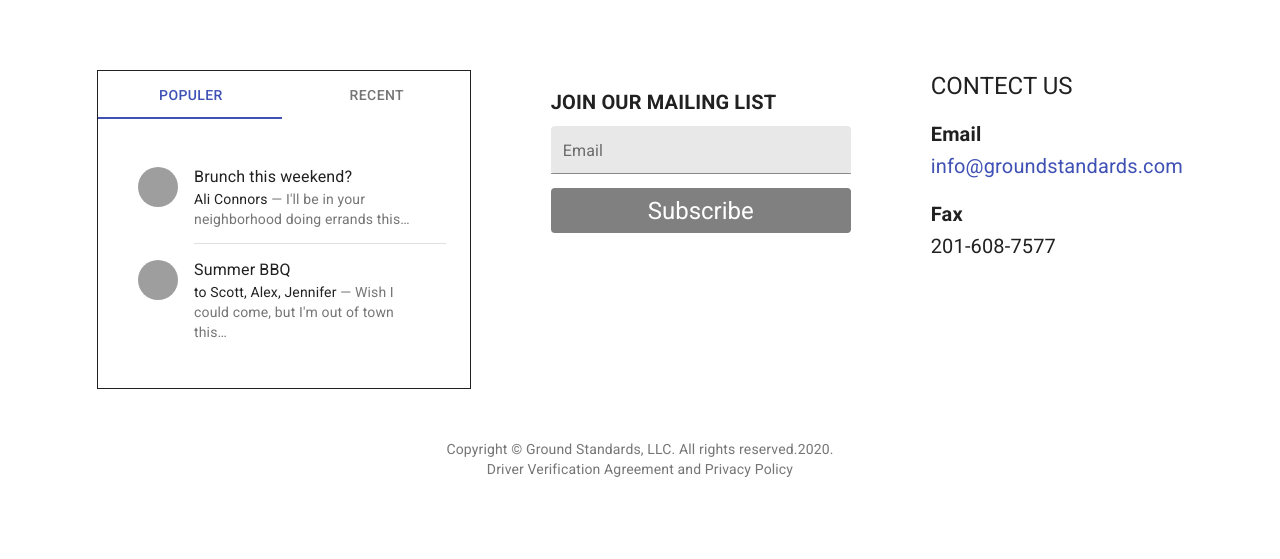
Repository: vinuvish/groundstandards_react
Page: /contact
The author's editor kept a copy of each file at every save. The page is drawn from the files as they stood at one save, then again after the next save.
The browser window is 1280 px wide. The pictures show the part of the page from y = 300 to 859 px (the page is 859 px tall before and 791 px after).
Pictures or frames that could not be fetched are drawn as grey boxes. The page's requests for data from a server got no answer. The project was rebuilt for these pictures with package versions that can differ from the ones it lists, and the page was loaded fresh each time. No one was signed in, and anything a server would have sent is missing. Also part of the build but not shown: src/pages/app/NotFoundPage.tsx, src/pages/app/SignUpPage.tsx, src/pages/app/AboutPage.tsx, src/pages/app/OurSolutionPage.tsx, src/pages/app/OurPartnerPage.tsx, src/pages/app/ResourcePage.tsx, src/pages/app/PressPage.tsx, src/pages/app/BlockPage.tsx and 4 more. Imported but missing from the stored project, and not drawn on this page: src/assets/video/video-2.mp4.

Above is the page before, as saved 2020-12-01 21:12:57.

### public/index.html
<!DOCTYPE html>
<html lang="en">
  <head>
    <meta charset="utf-8" />
    <link rel="icon" href="%PUBLIC_URL%/favicon.png" />
    <meta name="viewport" content="width=device-width, initial-scale=1" />
    <meta name="theme-color" content="#000000" />
    <meta name="description" content="Web site created using create-react-app" />
    <link rel="apple-touch-icon" href="%PUBLIC_URL%/logo192.png" />
    <link rel="stylesheet" href="https://fonts.googleapis.com/css?family=Roboto:300,400,500,700&display=swap" />
    <link rel="stylesheet" href="https://fonts.googleapis.com/icon?family=Material+Icons" />
    <!--
      manifest.json provides metadata used when your web app is installed on a
      user's mobile device or desktop. See https://developers.google.com/web/fundamentals/web-app-manifest/
    -->
    <link rel="manifest" href="%PUBLIC_URL%/manifest.json" />
    <!--
      Notice the use of %PUBLIC_URL% in the tags above.
      It will be replaced with the URL of the `public` folder during the build.
      Only files inside the `public` folder can be referenced from the HTML.

      Unlike "/favicon.ico" or "favicon.ico", "%PUBLIC_URL%/favicon.ico" will
      work correctly both with client-side routing and a non-root public URL.
      Learn how to configure a non-root public URL by running `npm run build`.
    -->
    <title>Ground Standard</title>
  </head>
  <body>
    <noscript>You need to enable JavaScript to run this app.</noscript>
    <div id="root"></div>
    <!--
      This HTML file is a template.
      If you open it directly in the browser, you will see an empty page.

      You can add webfonts, meta tags, or analytics to this file.
      The build step will place the bundled scripts into the <body> tag.

      To begin the development, run `npm start` or `yarn start`.
      To create a production bundle, use `npm run build` or `yarn build`.
    -->
  </body>
</html>

### src/App.tsx
import { CssBaseline, MuiThemeProvider, StylesProvider } from '@material-ui/core';
import { SnackbarProvider } from 'notistack';
import React from 'react';
import { theme } from './app_utils/MuiTheme';
import AppRouterRoutes from './AppRoutes';
import { useAppStore } from './models_stores/appStore';

function App() {
  const streamAuthUser = useAppStore((state) => state.streamAuthUser);
  const streamProducts = useAppStore((state) => state.streamDocuments);
  const streamCategories = useAppStore((state) => state.streamNotifications);
  const streamUsers = useAppStore((state) => state.streamUsers);

  React.useEffect(() => {
    streamAuthUser();
    streamCategories();
    streamUsers();
    streamProducts();
  }, []); // eslint-disable-line

  return (
    <SnackbarProvider maxSnack={3} anchorOrigin={{ vertical: 'bottom', horizontal: 'right' }}>
      <MuiThemeProvider theme={theme}>
        <CssBaseline />
        <StylesProvider injectFirst>
          <AppRouterRoutes></AppRouterRoutes>
        </StylesProvider>
      </MuiThemeProvider>
    </SnackbarProvider>
  );
}

export default App;

### src/app_utils/MuiTheme.tsx
import { createMuiTheme } from '@material-ui/core/styles';
import { BreakpointOverrides } from '@material-ui/core/styles/createBreakpoints';
import { Shadows } from '@material-ui/core/styles/shadows';

declare module '@material-ui/core/styles/createBreakpoints' {
  interface BreakpointOverrides {
    xs: true;
    sm: true;
    md: true;
    lg: true;
    xl: true;
    tablet: true;
    laptop: true;
    desktop: true;
  }
}

export const theme = createMuiTheme({
  breakpoints: {
    values: { xs: 0, sm: 600, md: 960, lg: 1280, xl: 1920, tablet: 400, laptop: 900, desktop: 1200 }
  },

  shadows: Array(25).fill('none') as Shadows,

  props: {
    MuiInput: { disableUnderline: true },
    MuiButton: { disableElevation: true },
    MuiButtonBase: { disableRipple: true },
    MuiPaper: { elevation: 0 },
    MuiCard: { elevation: 0 },
    MuiDivider: { color: 'white' },
    MuiOutlinedInput: {}
  },
  overrides: {
    MuiPaper: {
      root: {
        elevation: 0
      }
    },
    MuiCard: {
      root: {
        elevation: 0
      }
    },
    MuiButton: {
      root: {
        textTransform: 'capitalize'
      }
    }
  },
  palette: {
    background: {
      default: '#F2F5F7'
    }
  }
});

export const breakpoint = {
  xs: `(min-width: 0px)`,
  sm: `(min-width: 576px)`,
  md: `(min-width: 768px)`,
  lg: `(min-width: 992px)`,
  xl: `(min-width: 1200px)`
};

### src/AppRoutes.tsx
import { Container, createStyles, Grid, makeStyles, Theme } from '@material-ui/core';
import React from 'react';
import { Route, Router, Switch } from 'react-router-dom';
import ZAppBar from './components/ZAppBar';
import ZAppBarDrawer from './components/ZAppBarDrawer';
import NotFoundPage from './pages/app/NotFoundPage';
import SignUpPage from './pages/app/SignUpPage';
import history from './app_utils/History';
import AboutPage from './pages/app/AboutPage';
import OurSolutionPage from './pages/app/OurSolutionPage';
import OurPartnerPage from './pages/app/OurPartnerPage';
import ResourcePage from './pages/app/ResourcePage';
import PressPage from './pages/app/PressPage';
import BlockPage from './pages/app/BlockPage';
import ContactPage from './pages/app/ContactPage';
import AppHomePage from './pages/app/AppHomePage';
import ZFooter from './components/ZFooter';

const AppRouterRoutes = () => {
  const classes = useStyles();

  return (
    <Router history={history}>

      <ZAppBar />
      <Switch>{[AppRoutes]}</Switch>
      <ZFooter />
    </Router>


  );
};


const AppRoutes = [
  <Route exact path='/' component={AppHomePage} />,
  <Route exact path='/aboutUs' component={AboutPage} />,
  <Route exact path='/signUp' component={SignUpPage} />,
  <Route exact path='/ourSolution' component={OurSolutionPage} />,
  <Route exact path='/ourPartner' component={OurPartnerPage} />,
  <Route exact path='/resource' component={ResourcePage} />,
  <Route exact path='/press' component={PressPage} />,
  <Route exact path='/blog' component={BlockPage} />,
  <Route exact path='/contact' component={ContactPage} />,
  <Route component={NotFoundPage} />
];

const useStyles = makeStyles((theme: Theme) =>
  createStyles({
    grid: {
      display: 'flex'
    },
    containerAuthenticated: {
      margin: 'auto',
      marginTop: 68,
      padding: 20,
      width: `calc(100% - 240px)`,
      [theme.breakpoints.down('md')]: {
        width: '100%'
      }
    },
    containerUnauthenticated: {}
  })
);

export default AppRouterRoutes;

### src/models_stores/appStore.ts
import { mountStoreDevtool } from 'simple-zustand-devtools';
import create from 'zustand';
import { fireAuth, fireFirestore } from '../firebase/firebase';
import { AuthUser } from '../models/AuthUserModel';
import { DocumentModel } from '../models/DocumentModel';
import { NotificationModel } from '../models/NotificationModel';

type State = {
  documents: DocumentModel[];
  streamDocuments: () => void;

  notifications: NotificationModel[];
  streamNotifications: () => void;

  users: AuthUser[];
  streamUsers: () => void;

  isInitializing?: boolean;
  authUser: AuthUser | null;
  streamAuthUser: () => void;
};

export const useAppStore = create<State>((set, get) => ({
  /* ------------------------------ NOTE AUTHUSER ----------------------------- */
  isInitializing: true,
  authUser: null,

  streamAuthUser: () => {
    fireAuth.onAuthStateChanged(async (user) => {
      if (user) {
        const query = await fireFirestore.collection('users').doc(user.uid).get();

        const authUser = AuthUser.fromFirestore(query);

        set((state) => {
          return { ...state, authUser: authUser, isInitializing: false };
        });
      } else {
        set((state) => {
          return { ...state, authUser: null, isInitializing: false };
        });
      }
    });
  },

  /* ------------------------------ NOTE Users ----------------------------- */
  users: [],

  streamUsers: () => {
    if (get().users.length === 0)
      fireFirestore.collection('users').onSnapshot((querySnapshot: firebase.firestore.QuerySnapshot<firebase.firestore.DocumentData>) => {
        let users: AuthUser[] = [];
        querySnapshot.docs.forEach((docSnapshot) => {
          const res = AuthUser.fromFirestore(docSnapshot);
          if (res) users.push(res);
        });

        set((state) => {
          return { ...state, users: users };
        });
      });
  },
  /* ------------------------------ NOTE PRODUCTS ----------------------------- */
  documents: [],

  streamDocuments: () => {
    if (get().documents.length === 0)
      fireFirestore
        .collection('documents')
        .limit(200)
        .onSnapshot((querySnapshot: firebase.firestore.QuerySnapshot<firebase.firestore.DocumentData>) => {
          let documents: DocumentModel[] = [];

          querySnapshot.docs.forEach((docSnapshot) => {
            const res = DocumentModel.fromFirestore(docSnapshot);
            if (res) documents.push(res);
          });

          set((state) => {
            return { ...state, documents: documents };
          });
        });
  },

  notifications: [],
  streamNotifications: () => {
    if (get().notifications.length === 0)
      fireFirestore.collection('notifications').onSnapshot((querySnapshot: firebase.firestore.QuerySnapshot<firebase.firestore.DocumentData>) => {
        let notifications: NotificationModel[] = [];

        querySnapshot.docs.forEach((docSnapshot) => {
          const res = NotificationModel.fromFirestore(docSnapshot);
          if (res) notifications.push(res);
        });

        set((state) => {
          return { ...state, notifications: notifications };
        });
      });
  }
}));

if (process.env.NODE_ENV === 'development') {
  mountStoreDevtool('Store', useAppStore);
}

### src/app_utils/History.tsx
import { createBrowserHistory } from 'history';
export default createBrowserHistory({});

### src/pages/app/ContactPage.tsx
import * as React from 'react';
import { createStyles, makeStyles, Theme } from '@material-ui/core/styles';
import { Grid, Typography, Box } from '@material-ui/core';

interface Props { }

const ContactPage: React.FC<Props> = () => {
    const classes = useStyles();
    return (
        <>
            <div className={classes.cardContainer}>
                <Grid container direction='row'>
                    <Grid item xs={4}>
                        <Grid container justify="center" spacing={10}>
                            <Typography variant="h5"  >
                                <Box fontWeight={600} m={5} color='white'  >
                                    HAVE A QUESTION? </Box>
                            </Typography>
                            <Typography variant="h5"  >
                                <Box fontWeight={300} m={5} color='white' fontStyle="italic" >
                                    For more information about the ground transportation products and services we offer, complete the form on this page or send an email to  </Box>
                            </Typography>
                        </Grid>
                    </Grid>
                </Grid>
            </div>
        </>
    );
};
ContactPage.defaultProps = {};

export default ContactPage;

const useStyles = makeStyles((theme: Theme) =>
    createStyles({
        cardContainer: {
            flex: 1,
            justifyContent: 'center',
            alignItems: 'center',
            position: 'relative',
            width: '100vW',
            backgroundImage: `url(http://groundstandards.com/wp-content/uploads/2015/02/banner-home.jpg)`,

        },

    })
);

### src/firebase/firebase.tsx
import firebase from 'firebase/app';
import 'firebase/firestore';
import 'firebase/auth';
import 'firebase/storage';

const firebaseConfig = {
  apiKey: 'AIzaSyBWf1JYtcld5rEhou2YyANxAtl20AylP80',
  authDomain: 'groundstandards-8a1dd.firebaseapp.com',
  databaseURL: 'https://groundstandards-8a1dd.firebaseio.com',
  projectId: 'groundstandards-8a1dd',
  storageBucket: 'groundstandards-8a1dd.appspot.com',
  messagingSenderId: '137110708999',
  appId: '1:137110708999:web:ab0b42be7878425a805ba2',
  measurementId: 'G-V8H0LZB9DH'
};

if (!firebase.apps.length) firebase.initializeApp(firebaseConfig);

const firestore = firebase.firestore();
const auth = firebase.auth();

export { firebase as fireFirebase, firestore as fireFirestore, auth as fireAuth };

### src/models/AuthUserModel.ts
export class AuthUser implements IAuthUser {
  email: string;
  firstName: string;
  id: string;
  lastName: string;
  isActive: boolean;
  isAdmin: boolean;
  timestampAdded: Date;
  timestampLastLogin: Date;

  constructor(x: IAuthUser) {
    this.email = x.email;
    this.firstName = x.firstName;
    this.id = x.id;
    this.lastName = x.lastName;
    this.isActive = x.isActive;
    this.isAdmin = x.isAdmin;
    this.timestampAdded = x.timestampAdded;
    this.timestampLastLogin = x.timestampLastLogin;
  }

  static fromFirestore(doc: firebase.firestore.DocumentSnapshot<firebase.firestore.DocumentData>): AuthUser | null {
    const data = doc.data();
    if (!data) return null;

    return new AuthUser({
      email: data['email'] ?? '',
      firstName: data['firstName'] ?? '',
      id: doc.id,
      lastName: data['lastName'] ?? '',
      isActive: data['isActive'] ?? true,
      isAdmin: data['isAdmin'] ?? false,
      timestampAdded: data['timestampAdded']?.toDate() ?? new Date(),
      timestampLastLogin: data['timestampLastLogin']?.toDate() ?? new Date()
    });
  }

  getFullName(): string {
    return `${this.firstName} ${this.lastName}`;
  }
}

interface IAuthUser {
  email: string;
  firstName: string;
  id: string;
  lastName: string;
  isActive: boolean;
  isAdmin: boolean;
  timestampAdded: Date;
  timestampLastLogin: Date;
}
export interface IAuthUserRegister {
  email: string;
  firstName: string;
  lastName: string;
  password: string;
  isAdmin: boolean;
}

export interface IAuthUserUpdate {
  id: string;
  firstName: string;
  lastName: string;
  isActive: boolean;
  isAdmin: boolean;
}

### src/models/NotificationModel.ts
export class NotificationModel implements IEventModel {
  body: string;
  title: string;
  linkUrl: string;
  id: string;
  timestampAdded: Date;

  constructor(x: IEventModel) {
    {
      this.id = x.id;
      this.linkUrl = x.linkUrl;
      this.body = x.body;
      this.timestampAdded = x.timestampAdded;
      this.title = x.title;
    }
  }

  static fromFirestore(doc: firebase.firestore.DocumentSnapshot<firebase.firestore.DocumentData>): NotificationModel | null {
    const data = doc.data();
    if (!data) return null;
    return new NotificationModel({
      body: data['body'] ?? '',
      id: doc.id,
      linkUrl: data['linkUrl'] ?? '',
      timestampAdded: data['timestampAdded']?.toDate() ?? Date.now(),
      title: data['title'] ?? ''
    });
  }
}

interface IEventModel {
  body: string;
  title: string;
  linkUrl: string;
  id: string;
  timestampAdded: Date;
}

### src/components/ZTextFromField.tsx
import * as React from 'react';
import { makeStyles, TextField, Theme } from '@material-ui/core';
import { Controller, FieldError, Control } from 'react-hook-form';

interface Props {
  label: string;
  defaultValue?: string;
  className?: string;
  control: Control;
  error?: FieldError | undefined;
  name: string;
  rules?: any;
  rows?: number;
  type?: string;
  disabled?: boolean;
  variant?: 'standard' | 'filled' | 'outlined' | undefined;
}

const ZTextFormField: React.FC<Props> = ({ label, defaultValue, className, control, name, rules, rows, type, variant, error, disabled }) => {
  const classes = useStyles();
  return (
    <div key={name} className={className}>
      <Controller
        key={name}
        as={
          <TextField
            InputProps={{
              classes: { root: classes.root }
            }}
            disabled={disabled ?? false}
            name={name}
            error={error?.message ? true : false}
            helperText={error?.message ? error.message : undefined}
            fullWidth
            margin='dense'
            multiline={type ? false : true}
            rows={type ? undefined : rows}
            type={type}
            variant={(variant ?? 'outlined') as any}
          />
        }
        rules={rules ?? { required: 'This field is required' }}
        autoComplete='false'
        label={label}
        name={name}
        control={control}
        defaultValue={defaultValue ?? ''}
      />
    </div>
  );
};

const useStyles = makeStyles((theme: Theme) => ({
  root: {
    borderRadius: '4px'
  }
}));

ZTextFormField.defaultProps = {};

export default ZTextFormField;

// rules={register({
//             required: true,
//             pattern: {
//               value: /^[A-Z0-9._%+-]+@[A-Z0-9.-]+\.[A-Z]{2,}$/i,
//               message: 'Invalid email address',
//             },
//           })}

### src/components/ZTabPanal.tsx
import { Box, Typography } from '@material-ui/core';
import React from 'react';


interface Props {
    children?: React.ReactNode;
    dir?: string;
    index: any;
    value: any;
}

const ZTabPanal: React.FC<Props> = ({ children, value, index, ...other }) => {

    return (
        <Box borderTop={0} >
            <div
                role="tabpanel"
                hidden={value !== index}
                id={`full-width-tabpanel-${index}`}
                aria-labelledby={`full-width-tab-${index}`}
                {...other}>
                {value === index && (
                    <Box p={3}>
                        <Typography>{children}</Typography>
                    </Box>
                )}

            </div>
        </Box>
    );


}

ZTabPanal.defaultProps = {};

export default ZTabPanal;

### src/components/ZListCard.tsx
import { Box, createStyles, makeStyles, Theme } from '@material-ui/core';
import React from 'react';
import List from '@material-ui/core/List';
import ListItem from '@material-ui/core/ListItem';
import Divider from '@material-ui/core/Divider';
import ListItemText from '@material-ui/core/ListItemText';
import ListItemAvatar from '@material-ui/core/ListItemAvatar';
import Avatar from '@material-ui/core/Avatar';
import Typography from '@material-ui/core/Typography';

interface Props {
    children?: React.ReactNode;
    dir?: string;
    index: any;
    value: any;
}

const ZListCard = () => {
    const classes = useStyles();

    return (
        <>
            <List className={classes.root}>
                <ListItem alignItems="flex-start">
                    <ListItemAvatar>
                        <Avatar alt="Remy Sharp" src="/static/images/avatar/1.jpg" />
                    </ListItemAvatar>
                    <ListItemText
                        primary="Brunch this weekend?"
                        secondary={
                            <React.Fragment>
                                <Typography
                                    component="span"
                                    variant="body2"
                                    className={classes.inline}
                                    color="textPrimary"
                                >
                                    Ali Connors
                  </Typography>
                                {" — I'll be in your neighborhood doing errands this…"}
                            </React.Fragment>
                        }
                    />
                </ListItem>
                <Divider variant="inset" component="li" />
                <ListItem alignItems="flex-start">
                    <ListItemAvatar>
                        <Avatar alt="Travis Howard" src="/static/images/avatar/2.jpg" />
                    </ListItemAvatar>
                    <ListItemText
                        primary="Summer BBQ"
                        secondary={
                            <React.Fragment>
                                <Typography
                                    component="span"
                                    variant="body2"
                                    className={classes.inline}
                                    color="textPrimary"
                                >
                                    to Scott, Alex, Jennifer
                  </Typography>
                                {" — Wish I could come, but I'm out of town this…"}
                            </React.Fragment>
                        }
                    />
                </ListItem>

            </List>
        </>
    );

}

ZListCard.defaultProps = {};

export default ZListCard;
const useStyles = makeStyles((theme: Theme) =>
    createStyles({
        root: {
            width: '100%',
            maxWidth: '36ch',
            backgroundColor: theme.palette.background.paper,
        },
        inline: {
            display: 'inline',
        },
    }),
);

Loaded but not shown: src/index.tsx (common file); src/styles/index.css (common file); src/components/ZAppBar.tsx (209 lines, source omitted); src/components/ZFooter.tsx (169 lines, source omitted); src/models/DocumentModel.ts (144 lines, source omitted); src/components/ZAppBarDrawerTemp.tsx (129 lines, source omitted)

After the next save:
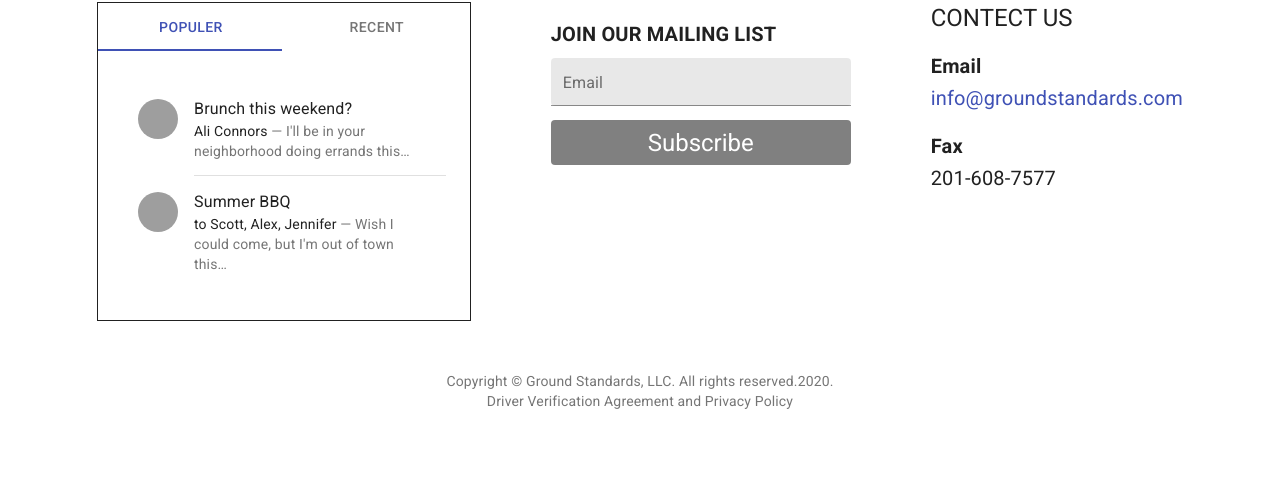
Saved 47 s later.
--- a/src/pages/app/ContactPage.tsx
+++ b/src/pages/app/ContactPage.tsx
@@ -16,7 +16,7 @@
                                 <Box fontWeight={600} m={5} color='white'  >
                                     HAVE A QUESTION? </Box>
                             </Typography>
-                            <Typography variant="h5"  >
+                            <Typography variant="p"  >
                                 <Box fontWeight={300} m={5} color='white' fontStyle="italic" >
                                     For more information about the ground transportation products and services we offer, complete the form on this page or send an email to  </Box>
                             </Typography>

After the save that followed:
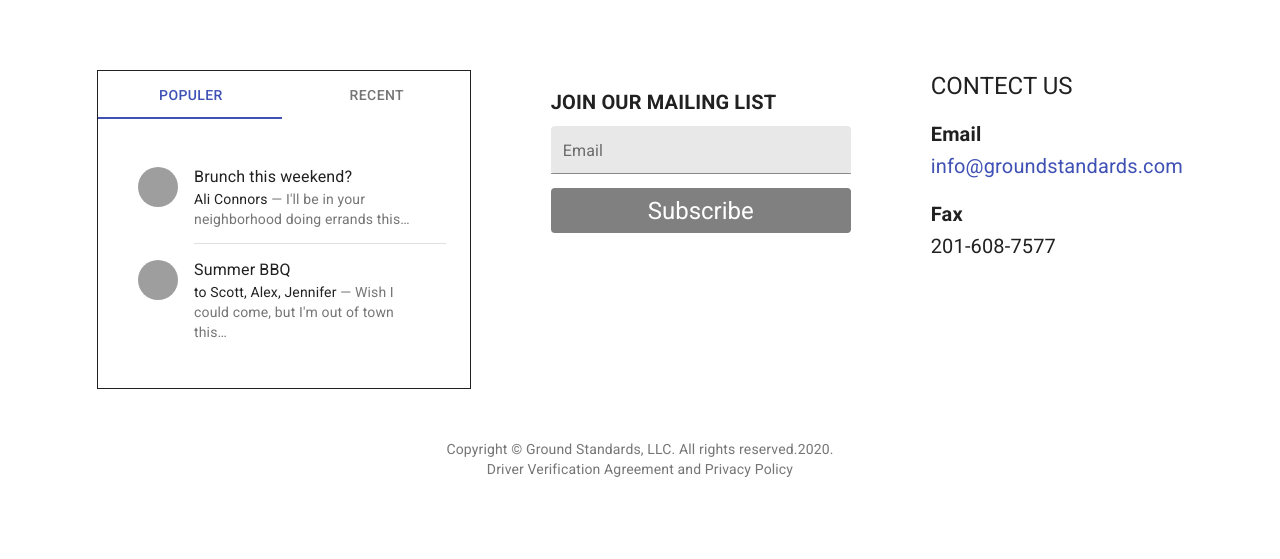
Saved 9 s later.
--- a/src/pages/app/ContactPage.tsx
+++ b/src/pages/app/ContactPage.tsx
@@ -16,7 +16,7 @@
                                 <Box fontWeight={600} m={5} color='white'  >
                                     HAVE A QUESTION? </Box>
                             </Typography>
-                            <Typography variant="p"  >
+                            <Typography variant="h6"  >
                                 <Box fontWeight={300} m={5} color='white' fontStyle="italic" >
                                     For more information about the ground transportation products and services we offer, complete the form on this page or send an email to  </Box>
                             </Typography>
